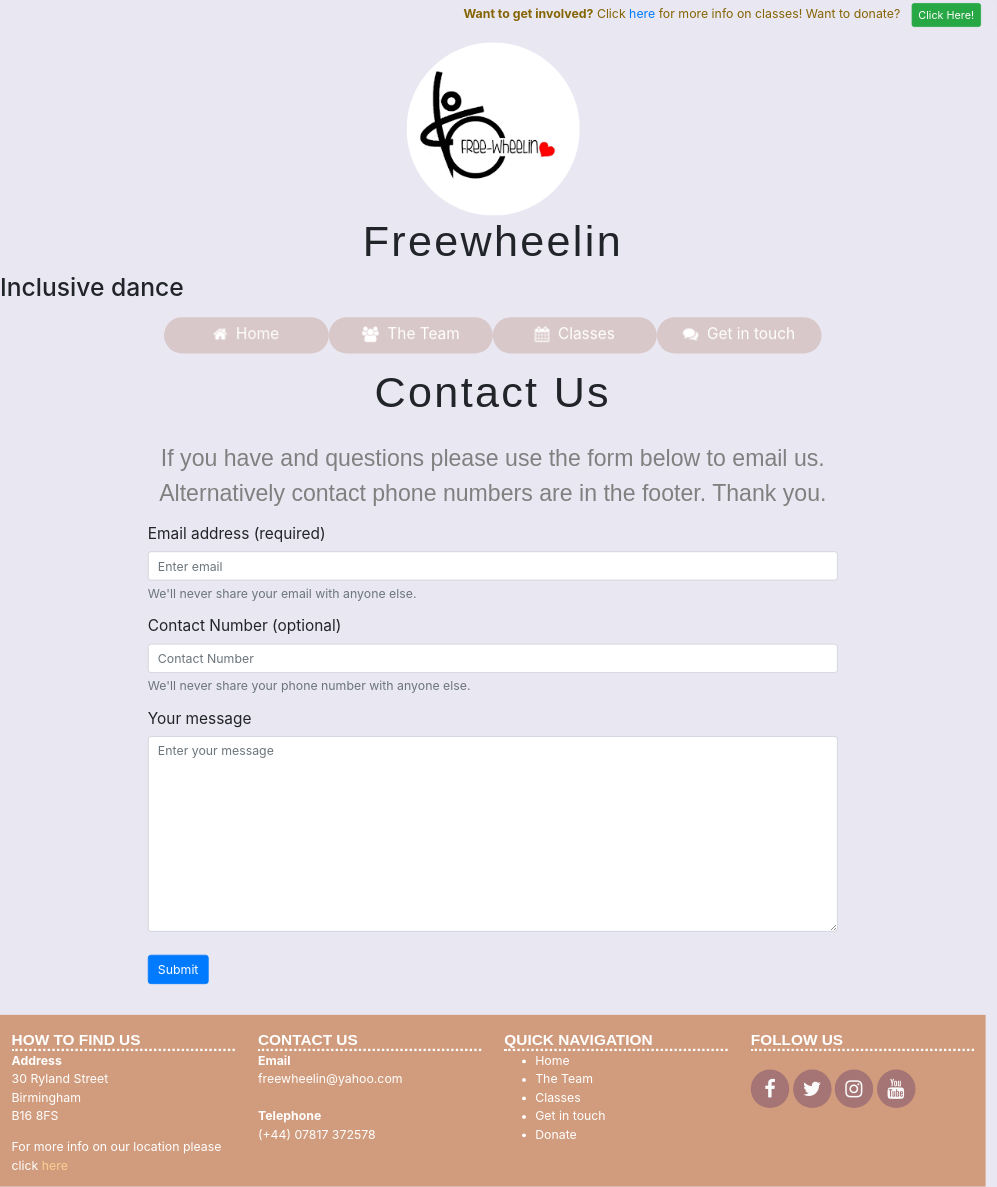
Repository: Code-Institute-Submissions/francisillingworth-resubmitted-milestone-project-1
Page: get-in-touch.html
The author's editor kept a record of every edit. The page is drawn from the files as they stood at one moment, then again after the next edit.
The browser window is 1280 px wide. The page is 1295 px wide, so the pictures cover 1295 px, including what lies to the right of the window. The pictures show the whole page, at 77% of full size.

Above is the page before.

### get-in-touch.html
<!DOCTYPE html>
<html lang="en">

<head>
    <meta charset="UTF-8">
    <meta name="viewport" content="width=device-width, initial-scale=1.0">
    <meta http-equiv="X-UA-Compatible" content="ie=edge">
    <link rel="stylesheet" href="https://stackpath.bootstrapcdn.com/bootstrap/4.3.1/css/bootstrap.min.css" type="text/css" />
    <link rel="stylesheet" href="https://stackpath.bootstrapcdn.com/font-awesome/4.7.0/css/font-awesome.min.css" type="text/css" />
    <link rel="stylesheet" href="https://cdnjs.cloudflare.com/ajax/libs/hover.css/2.3.1/css/hover-min.css" type="text/css" />
    <link rel="stylesheet" href="static/css/style.css" type="text/css" />
    <link rel="icon" type="image/png" href="assets/images/logo.png">
    <title>Freewheelin | Inclusive Dance</title>
</head>

<body>

    <header>
        <div class="container-fluid navalert-container">
            <div class="container-fluid alert-container">
                <div class="row d-none d-lg-block">
                        <div class="site-wide-alert alert alert-warning col-12 "><strong> Want to get involved?</strong> Click <a href="classes.html">here</a> for more info on classes! Want to donate? <button class="btn btn-success btn-sm " data-toggle="modal" data-target="#donateModal">Click Here!</button></div>
                </div>
            </div>
            <nav class="navbar navbar-dark navbar-expand-xl">
                <a href="/" class="navbar-brand"></a>
                <button class="navbar-toggler ml-auto" type="button" data-toggle="collapse" data-target="#navbarNavDropdown" aria-controls="navbarNavDropdown" aria-expanded="false" aria-label="Toggle navigation">
        <span class="navbar-toggler-icon"></span></button>


                <div class="collapse navbar-collapse  ml-auto" id="navbarNavDropdown">
                    <ul class="navbar-nav mr-auto">
                        <li class=" nav-item mr-2"><a class="nav-link" href="index.html">Home</a></li>
                        <li class="nav-item mr-2"><a class="nav-link" href="team.html">The Team</a></li>
                        <li class="nav-item dropdown">
                            <li class="nav-item mr-2"><a class="nav-link" href="classes.html">Classes</a></li>
                            <a class="nav-link dropdown-toggle " href="#" id="navbarDropdownMenuLink" role="button" data-toggle="dropdown" aria-haspopup="true" aria-expanded="false">Get in touch</a>
                            <div class="dropdown-menu" aria-labelledby="navbarDropdownMenuLink">
                                <a class="dropdown-item" href="get-in-touch.html">Contact us</a>
                                <a class="dropdown-item" href="#" data-toggle="modal" data-target="#donateModal">Donate</a>
                            </div>
                        </li>

                    </ul>
                </div>

            </nav>
        </div>

        <img class="logo" src="assets/images/logo.png" alt="Logo">
        <div class="free-wheelin-title">
            <h1>Freewheelin</h1>
            <h2>Inclusive dance</h2>
        </div>
        <div class="row no-gutters pageNav">
            <div class="col-md-8 offset-2">
                <div class="d-none d-lg-block">
                    <div class="row no-gutters">
                        <div class="col">
                            <ul id="nav" class="list-inline menucontainer">
                                <li class="col-sm-3 ui-menu-color list-inline-item menuitem">
                                    <a href="index.html" class="hvr-icon-grow"><i class="fa fa-home hvr-icon" aria-hidden="true"></i><span>&nbsp;  Home</span></a>
                                </li>
                                <li class="col-sm-3 ui-menu-color list-inline-item menuitem">
                                    <a href="team.html" class="hvr-icon-grow"><i class="fa fa-users hvr-icon" aria-hidden="true"></i><span>&nbsp;  The Team</span></a>
                                </li>
                                <li class="col-sm-3 ui-menu-color list-inline-item menuitem">
                                    <a href="classes.html" class="hvr-icon-grow"><i class="fa fa-calendar hvr-icon" aria-hidden="true"></i><span>&nbsp;  Classes</span></a>
                                </li>
                                <li class="col-sm-3 ui-menu-color list-inline-item menuitem">
                                    <a href="get-in-touch.html" class="hvr-icon-grow"><i class="fa fa-comments hvr-icon" aria-hidden="true"></i><span>&nbsp;  Get in touch</span></a>
                                </li>
                            </ul>

                        </div>
                    </div>
                </div>
            </div>
        </div>
        <h1>Contact Us</h1>
        <p class="homePagePara">If you have and questions please use the form below to email us. Alternatively contact phone numbers are in the footer. Thank you.</p>
        <form class="contact-form">
            <div class="form-group">
                <label for="InputEmail">Email address  (required)</label>
                <input type="email" class="form-control" id="InputEmail1" aria-describedby="emailHelp" placeholder="Enter email" required>
                <small id="emailHelp" class="form-text text-muted">We'll never share your email with anyone else.</small>
            </div>
            <div class="form-group">
                <label for="Contact Number">Contact Number (optional)</label>
                <input type="text" class="form-control" id="exampleInputPassword1" placeholder="Contact Number">
                <small id="contactHelp" class="form-text text-muted">We'll never share your phone number with anyone else.</small>
            </div>
            <div>
                <label for="Textarea">Your message</label>
                <textarea class="form-control" id="Textarea" rows="10" placeholder="Enter your message"></textarea>
                <br>
                <button type="submit" class="btn btn-primary">Submit</button>
            </div>
        </form>
    </header>
    <section>


    </section>
    <footer class="container-fluid">
        <div class="row">
            <div class="col-sm-6 col-md-4 col-lg-3">
                <h5 class="uppercase general-sub"><strong>How to find us</strong></h5>
                <p class="footer-text"><strong>Address</strong><br>30 Ryland Street<br>Birmingham<br>B16 8FS</p>
                <p class="footer-text footer-text-map-link">For more info on our location please click <a class="classes-page" href="classes.html">here</a></p>
                <div class="container-map">
                    <iframe src="https://www.google.com/maps/embed?pb=!1m18!1m12!1m3!1d4860.370228884722!2d-1.922623812816778!3d52.47578393677804!2m3!1f0!2f0!3f0!3m2!1i1024!2i768!4f13.1!3m3!1m2!1s0x4870bcf7880bee33%3A0xc67f882871949e74!2s30+Ryland+St%2C+Birmingham+B16+8FS!5e0!3m2!1sen!2suk!4v1556909026058!5m2!1sen!2suk"
                        width="300" height="300" frameborder="0" style="border:0" allowfullscreen></iframe>
                </div>
            </div>
            <div class="col-sm-6 col-md-4 col-lg-3">
                <h5 class="uppercase general-sub"><strong>Contact Us</strong></h5>
                <p class="footer-text"><strong> Email</strong><br>freewheelin@yahoo.com<br><br><strong>Telephone</strong><br>(+44) 07817 372578</p>
            </div>
            <div class="col-sm-6 col-md-4 col-lg-3">
                <h5 class="uppercase general-sub"><strong>Quick Navigation</strong></h5>
                <ul>
                    <li class="footer-nav"><a href="index.html">Home</a></li>
                    <li class="footer-nav"><a href="team.html">The Team</a></li>
                    <li class="footer-nav"><a href="classes.html">Classes</a></li>
                    <li class="footer-nav"><a href="get-in-touch.html">Get in touch</a></li>
                    <li class="footer-nav"><a href="#" data-toggle="modal" data-target="#donateModal">Donate</a></li>
                </ul>
            </div>
            <div class="col-sm-6 col-md-4 col-lg-3">
                <h5 class="uppercase general-sub"><strong>Follow us</strong></h5>
                <br>
                <ul class="list-inline social-links">
                    <li class="list-inline-item">
                        <a target="_blank" href="https://www.facebook.com/freewheelindance/?view_public_for=1515757465107461">
                            <i class="fa fa-facebook hvr-icon" aria-hidden="true"></i>
                            <span class="sr-only">Facebook</span>
                        </a>
                    </li>
                    <li class="list-inline-item">
                        <a target="_blank" href="https://twitter.com/wheelin_free" class=>
                            <i class="fa fa-twitter hvr-icon" aria-hidden="true"></i>
                            <span class="sr-only">Twitter</span>
                        </a>
                    </li>
                    <li class="list-inline-item">
                        <a target="_blank" href="https://www.instagram.com/freewheelin_dance/">
                            <i class="fa fa-instagram hvr-icon" aria-hidden="true"></i>
                            <span class="sr-only">Instagram</span>
                        </a>
                    </li>
                    <li class="list-inline-item">
                        <a target="_blank" href="https://www.youtube.com/channel/UCn35KSVQHnnvmcoqwCyMNBQ">
                            <i class="fa fa-youtube hvr-icon" aria-hidden="true"></i>
                            <span class="sr-only">Youtube</span>
                        </a>
                    </li>
                </ul>
            </div>

        </div>

    </footer>

    <div class="modal" tabindex="-1" role="dialog" id="donateModal">
        <div class="modal-dialog" role="document">
            <div class="modal-content">
                <div class="modal-header">
                    <h5 class="modal-title">Donate to Freewheelin!</h5>
                    <button type="button" class="close" data-dismiss="modal" aria-label="Close">
          <span aria-hidden="true">&times;</span>
        </button>
                </div>
                <div class="modal-body">
                    <form>
                        <div class="form-group">
                            <label for="InputName">Full name (required)</label>
                            <input type="text" class="form-control" id="exampleInputEmail1" aria-describedby="emailHelp" placeholder="Enter full name" required>
                        </div>
                        <div class="form-group">
                            <label for="InputEmail">Email address (required)</label>
                            <input type="email" class="form-control" id="exampleInputEmail1" aria-describedby="emailHelp" placeholder="Enter email" required>
                            <small id="emailHelp" class="form-text text-muted">We'll never share your email with anyone else.</small>
                        </div>
                        <div class="form-group">
                            <label for="InputTelephoneNumber">Telephone number (optional)</label>
                            <input type="text" class="form-control" id="exampleInputPassword1" placeholder="Enter Telephone Number">
                            <small id="phoneHelp" class="form-text text-muted">We'll never share your phone number with anyone else.</small>
                        </div>
                        <p>By clicking submit you will send us your contact details. A member of the team will get in touch shortly to dicuss your donation. Thank you for your generosity!</p>
                        <button type="submit" class="btn btn-primary">Submit</button>
                    </form>
                </div>
            </div>
        </div>
    </div>



    <script src="https://code.jquery.com/jquery-3.3.1.slim.min.js" integrity="sha384-q8i/X+965DzO0rT7abK41JStQIAqVgRVzpbzo5smXKp4YfRvH+8abtTE1Pi6jizo" crossorigin="anonymous"></script>
    <script src="https://cdnjs.cloudflare.com/ajax/libs/popper.js/1.14.7/umd/popper.min.js" integrity="sha384-UO2eT0CpHqdSJQ6hJty5KVphtPhzWj9WO1clHTMGa3JDZwrnQq4sF86dIHNDz0W1" crossorigin="anonymous"></script>
    <script src="https://stackpath.bootstrapcdn.com/bootstrap/4.3.1/js/bootstrap.min.js" integrity="sha384-JjSmVgyd0p3pXB1rRibZUAYoIIy6OrQ6VrjIEaFf/nJGzIxFDsf4x0xIM+B07jRM" crossorigin="anonymous"></script>


</body>

</html>

### static/css/style.css
/*------------------colours*/

body {
    background-color: #e9e7f1;
}



/*------------------heading*/

h1 {
    width: 100%;
    font-family: century gothic, sans-serif;
    font-weight: 100;
    font-size: 56px;
    text-align: center;
    letter-spacing: 3px;
}

h4 {
    font-family: century gothic, sans-serif;
    font-weight: 100;
    font-size: 20px;
    text-align: center;
    letter-spacing: 5px;
    color: #808080;
}

.logo {
    border-radius: 50%;
    display: inherit;
    margin-left: auto;
    margin-right: auto;
}

.list-inline-item:not(:last-child) {
    margin: 0;
}

.menucontainer {
    font-size: 0;

}

#nav li {
    font-size: 20px;
    text-align: center;
    padding: 7px 10px 10px 10px;
    background-color: #d9c8ca;
    color: black;
    border-radius: 25px;
    margin-top: 10px;

}

#nav li:hover {
    background-color: #bfa4a4
}

.menuitem {
    height: 100%;
}

.menuitem a {
    width: 100%;
    text-decoration: none;
    color: #fff;
    height: 100%;
    display: block;
}

.menuitem span {
    width: 100%
}

/* ------------------------------------Alert bar*/

.alert {
    padding: 3px 20px;
    text-align: right;
    background-color: #e9e7f1;
    border-color: #e9e7f1;

}

btn-group-sm>.btn,
.btn-sm {
    padding: .25rem .5rem;
    font-size: .875rem;
    line-height: 1.5;
    border-radius: .2rem;
    margin-left: 10px;
}

.alert-container {
    padding: 0;
}


/*-----------------------------------burger nav*/

.nav-link {
    text-align: right;
    font-weight: 800;
}


.navbar-dark .navbar-nav .nav-link {
    color: #747779;
}


.navbar-toggler-icon {
    display: inline-block;
    width: 2.5em;
    height: 2.5em;
    vertical-align: middle;
    content: "";
    background: no-repeat center center;
    background-size: 100% 100%;


}

.navbar-dark .navbar-toggler-icon {
    background-image: url(http://assets.stickpng.com/thumbs/588a64e7d06f6719692a2d11.png);
}

.dropdown-item {
    text-align: right;
    color: #747779;
    font-weight: 700;
}

.dropdown-menu {
    background-color: transparent;
    border: none;
}

.navalert-container {
    padding: 0;
}



.dropdown-item:focus,
.dropdown-item:hover {
    color: white;
    text-decoration: none;
    background-color: #e9e7f1;
}

@media(min-width:992px) {
    .navbar-expand-xl {
        display: none;
    }
}




/*---------------------------------------footer*/

h5 {
    margin: 0;
    border-bottom-style: dotted;
    border-bottom-color: white;
}

.uppercase {
    text-transform: uppercase
}

.general-sub {
    font-family: "nanum-Gothic", sans-serif;
    color: white;
}

footer {
    margin-top: 40px;
    background-color: #d19c7d;
    min-height: 100px;
    padding-top: 20px;

}

.footer-text {
    color: white;
}

/* credit to tkjaergaard  https://gist.github.com/tkjaergaard/1853190  for inspiration on making the map circular and for ideas for code make it happen */

.container-map {

    text-align: center;
    overflow: hidden;
    border-radius: 50%;
    position: relative;
    z-index: 1;
    height: 290px;
    width: 290px;
    border: 10px solid #f9cf92;
    margin-bottom: 20px;
}

.container-map iframe {
    position: absolute;
    border-radius: 50%;
    top: 0;
    left: -10px;

}

.social-links li a i {
    width: 50px;
    height: 50px;
    padding: 12px 0;
    border-radius: 50%;
    font-size: 26px;
    text-align: center;
    color: #fafafa;
    background-color: #a57474;
    transition: all 0.35s ease-in-out;
    -moz-transition: all 0.35s ease-in-out;
    -webkit-transition: all 0.35s ease-in-out;
    -o-transition: all 0.35s ease-in-out;

}

.social-links li a i:hover {
    background-color: #f9cf92;
    transform: scale(1.15);

}

.footer-nav {
    text-decoration: none;
    color: white;

}

.footer-nav a {
    text-decoration: none;
    color: white;

}

.footer-nav:hover {

    color: #8f8f8f;
}

.footer-nav a:hover {
    color: #8f8f8f;
}


.introVideo {
    width: 100%;
    margin-top: 40px;
}

.classes-page {
    color: #f9cf92;

}

.classes-page:hover {
    color: #a57474;
    text-decoration: none;
}



/*-------------------------index.html*/

.homePagePara {
    text-align: center;
    font-family: century gothic, sans-serif;
    font-size: 20px;
    font-weight: 300;
    color: #808080;
    width: 98%;
    margin-left: 1%;
    margin-top: 30px;
}

/*-------------------------------get in touch*/

.contact-form {
    margin-left: 1%;
    margin-right: 1%;
    font-size: 20px;
    width: 98%;
}

/*-------------------------------team*/

.teamPic {
    border-radius: 50%;
    border: 10px solid #d9c8ca;
    text-align: center;

}

.bioName {
    font-family: century gothic, sans-serif;
    font-size: 30px;
    font-weight: 300;
    color: #808080;


}

.bioPara {

    font-family: century gothic, sans-serif;
    font-size: 14px;
    font-weight: 600;
    color: #808080;
}




.katie {
    border: 10px solid #f9cf92;
}

.bioPic {
    padding-top: 20px;
    text-align: center;
}

.bioPic:hover {
    transform: scale(1.1);
}



/*-----------------------------------------classes*/

.classesText {
    font-family: century gothic, sans-serif;
    font-weight: 300;
    font-size: 30px;
    text-align: center;
    margin-top: 10px;
    color: #808080;
}


.map-responsive {
    overflow: hidden;
    padding-bottom: 56.25%;
    position: relative;
    height: 0;
    border-radius: 10px;
}

.map-responsive iframe {
    left: 0;
    top: 0;
    height: 100%;
    width: 100%;
    position: absolute;
}

.contact-us-modal {
    color: #d19c7d;
}

.contact-us-modal:hover {
    color: #a57474;
    text-decoration: none;
}





/*-------------------------------@media*/

@media (min-width:576px) {

    .homePagePara {
        margin-left: 5%;
        margin-right: 5%;
        font-size: 30px;
        font-weight: 100;
        width: 90%;
    }
    .introVideo {
        width: 90%;
        margin-left: 5%
    }

    .container-map {
        display: none
    }

}


@media (max-width:576px) {

    .footer-text-map-link {
        display: none
    }

}


@media (min-width:768px) {

    .homePagePara {
        margin-left: 15%;
        margin-right: 15%;
        font-size: 30px;
        width: 70%;


    }

    .introVideo {
        width: 60%;
        margin-left: 20%
    }

    .contact-form {
        margin-left: 15%;
        margin-right: 15%;
        font-size: 20px;
        width: 70%;

    }


}



@media (min-width:992px) {
    .meet-the-team {
        text-align: left;
    }
}

@media (max-width:992px) {
    .free-wheelin-title {
        display: none;
    }
}

After the next edit:
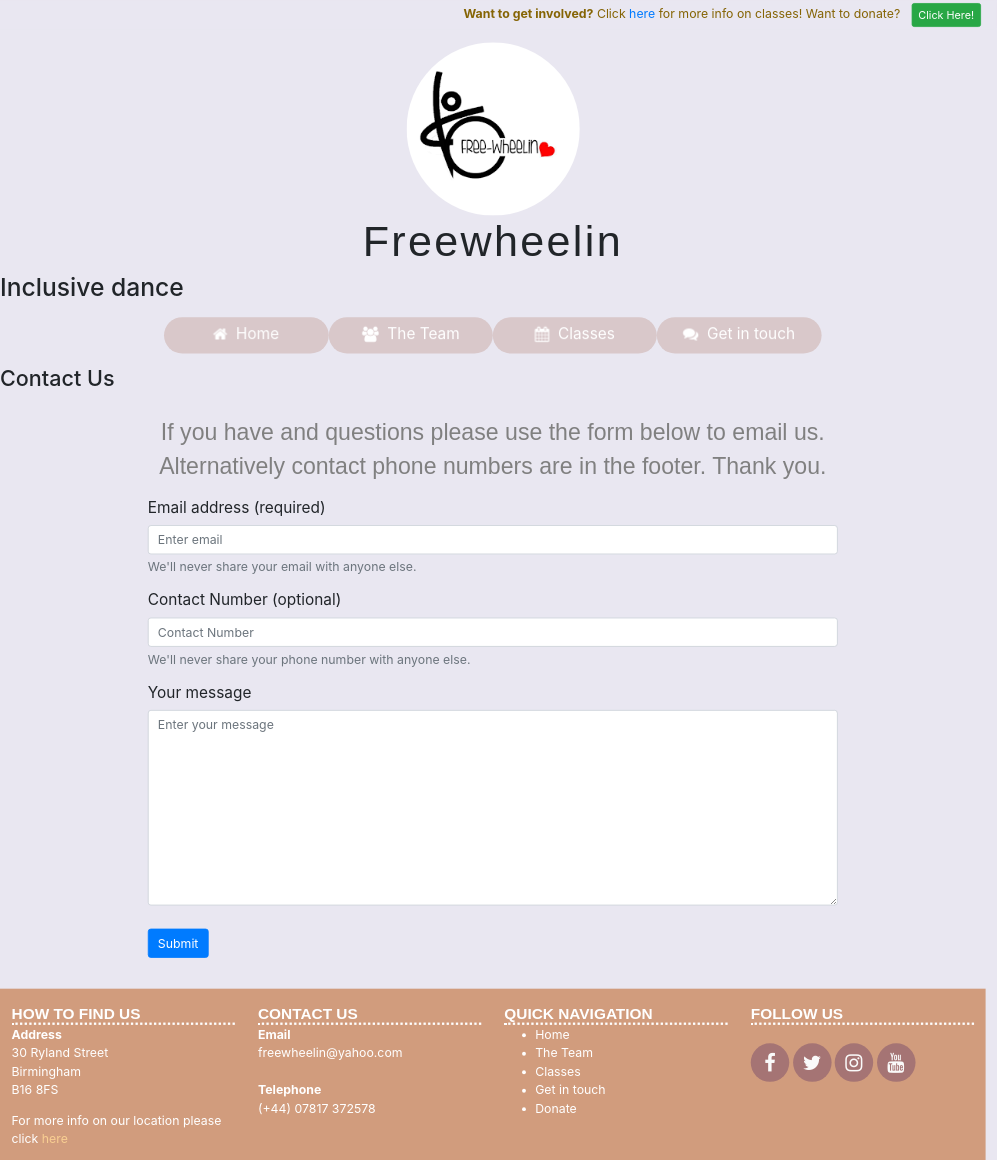
The edit:
--- a/get-in-touch.html
+++ b/get-in-touch.html
@@ -77,7 +77,7 @@
                 </div>
             </div>
         </div>
-        <h1>Contact Us</h1>
+        <h3>Contact Us</h3>
         <p class="homePagePara">If you have and questions please use the form below to email us. Alternatively contact phone numbers are in the footer. Thank you.</p>
         <form class="contact-form">
             <div class="form-group">
